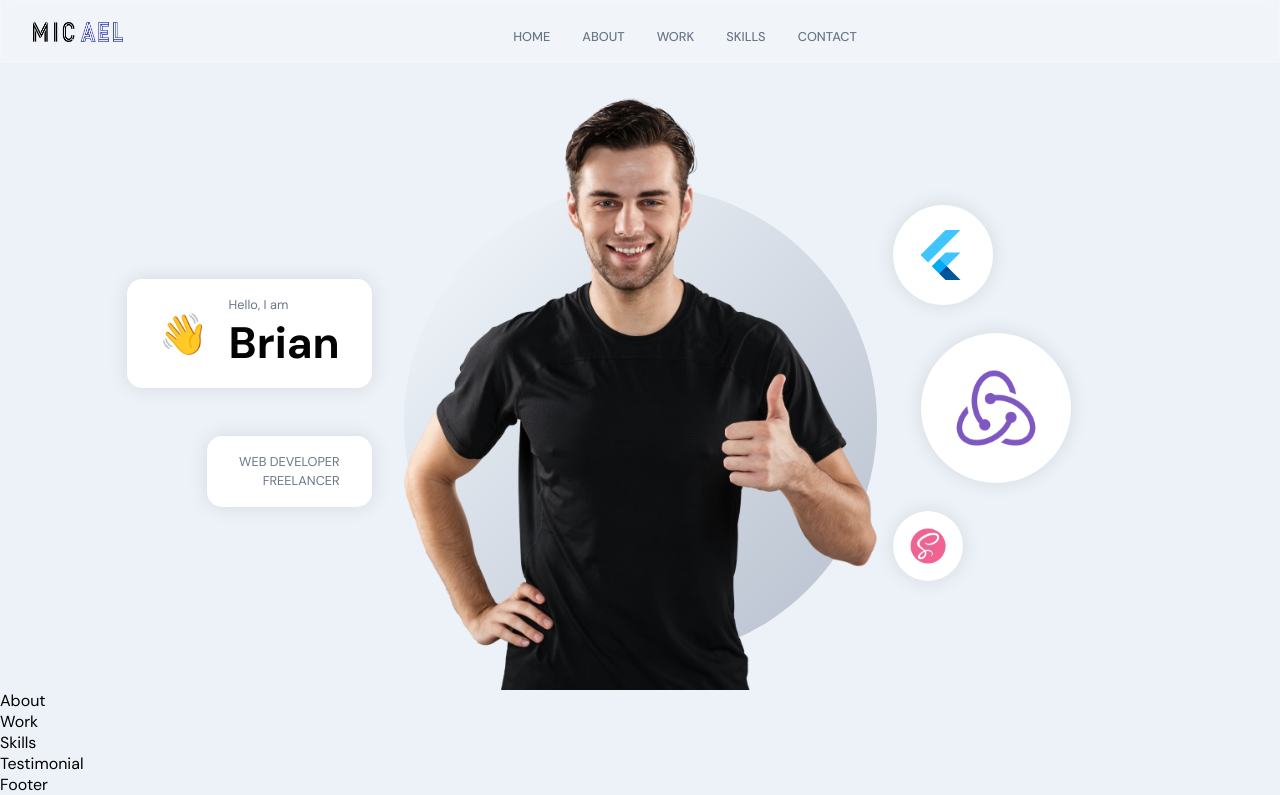
Repository: 61ZM07H36R3ML1N/Portfolio-JS
Page: / (app in frontend_react/)
An editor plug-in stored every save of this project. The page is shown before and after a run of saves, followed by the edit.
The browser window is 1280 px wide. The pictures show the whole page.
The project was rebuilt for these pictures with package versions that can differ from the ones it lists, and the page was loaded fresh each time. Also part of the build but not shown: frontend_react/src/container/About/About.scss, frontend_react/src/container/Skills/Skills.scss, frontend_react/src/container/Work/Work.scss.

Above is the page before, as saved 2022-10-16 21:41:12.

### frontend_react/src/App.js
import React from 'react';

import {
  About,
  Footer,
  Header,
  Skills,
  Testimonial,
  Work,
} from './container';
import { Navbar } from './components';
import './App.scss';

const App = () => {
  return (
    <div className="app">
      <Navbar />
      <Header />
      <About />
      <Work />
      <Skills />
      <Testimonial />
      <Footer />
    </div>
  );
};

export default App;

### frontend_react/src/index.css
@import url("https://fonts.googleapis.com/css2?family=DM+Sans:wght@400;500;700&display=swap");

:root {
    --font-base: "DM Sans", sans-serif;

    --primary-color: #edf2f8;
    --secondary-color: #313bac;
    --black-color: #030303;
    --lightGray-color: #e4e4e4;
    --gray-color: #6b7688;
    --brown-color: #46364a;
    --white-color: #ffffff;

}

*{
    box-sizing: border-box;
    padding: 0;
    margin: 0;
    scroll-behavior: smooth;
}

### frontend_react/src/App.scss
.app {
    background-color: var(--primary-color);
    font-family: var(--font-base);
  }

  .app__whitebg {
    background-color: var(--white-color);
  }

  .app__primarybg {
    background-color: var(--primary-color);
  }

  .app__container {
    width: 100%;
    min-height: 100vh;

    display: flex;
    flex-direction: row;
  }

  .app__flex {
    display: flex;
    justify-content: center;
    align-items: center;
  }

  .app__wrapper {
    flex: 1;
    width: 100%;
    flex-direction: column;
    padding: 4rem 2rem;

    @media screen and (max-width: 450px) {
      padding: 4rem 1rem 2rem;
    }
  }

  .copyright {
    width: 100%;
    padding: 2rem 0 0;

    display: flex;
    flex-direction: column;
    justify-content: flex-end;
    align-items: flex-end;

    p {
      text-transform: uppercase;
      color: var(--black-color);
    }
  }

  .head-text {
    font-size: 2.75rem;
    font-weight: 800;
    text-align: center;
    color: var(--black-color);
    text-transform: capitalize;

    span {
      color: var(--secondary-color);
    }

    @media screen and (min-width: 2000px) {
      font-size: 4rem;
    }

    @media screen and (max-width: 450px) {
      font-size: 2rem;
    }
  }

  .p-text {
    font-size: 0.8rem;
    text-align: left;
    color: var(--gray-color);
    line-height: 1.5;

    @media screen and (min-width: 2000px) {
      font-size: 1.75rem;
    }
  }

  .bold-text {
    font-size: 1rem;
    font-weight: 800;
    color: var(--black-color);
    text-align: left;

    @media screen and (min-width: 2000px) {
      font-size: 2rem;
    }

    @media screen and (max-width: 450px) {
      font-size: 0.9rem;
    }
  }

  .app__social {
    display: flex;
    justify-content: flex-end;
    align-items: center;
    flex-direction: column;

    padding: 1rem;

    div {
      width: 40px;
      height: 40px;
      border-radius: 50%;
      background-color: var(--white-color);
      margin: 0.25rem 0;
      border: 1px solid var(--lightGray-color);

      display: flex;
      justify-content: center;
      align-items: center;

      transition: all 0.3s ease-in-out;

      svg {
        width: 15px;
        height: 15px;
        color: var(--gray-color);
      }

      &:hover {
        background-color: var(--secondary-color);
        border-color: var(--secondary-color);

        svg {
          color: var(--white-color);
        }
      }

      @media screen and (min-width: 2000px) {
        width: 70px;
        height: 70px;

        margin: 0.5rem 0;

        svg {
          width: 30px;
          height: 30px;
        }
      }
    }
  }

  .app__navigation {
    display: flex;
    justify-content: center;
    align-items: center;
    flex-direction: column;

    padding: 1rem;

    .app__navigation-dot {
      width: 10px;
      height: 10px;
      border-radius: 50%;
      background-color: #cbcbcb;
      margin: 0.5rem;

      transition: background-color 0.2s ease-in-out;

      &:hover {
        background-color: var(--secondary-color);
      }

      @media screen and (min-width: 2000px) {
        width: 20px;
        height: 20px;
      }
    }
  }

  @media screen and (max-width: 500px) {
    .app__navigation,
    .app__social {
      display: none;
    }

    .copyright {
      padding: 2rem;
    }
  }

### frontend_react/src/container/About/About.jsx
import React, { useState, useEffect } from 'react';
import { motion } from 'framer-motion';

import './About.scss';

const About = () => {
  return <div>About</div>;
};

export default About;

### frontend_react/src/container/Footer/Footer.jsx
import React from 'react';

import './Footer.scss';

const Footer = () => {
  return <div>Footer</div>;
};

export default Footer;

### frontend_react/src/container/Header/Header.jsx
import React from 'react';
import { motion } from 'framer-motion';


import { images } from '../../constants';
import './Header.scss';

const scaleVariants = {
  whileInView: {
    scale: [0, 1],
    opacity: [0, 1],
    transition: {
      duration: 1,
      ease: 'easeInOut',
    },
  },
};

const Header = () => (
  <div className="app__header app__flex">
    <motion.div
      whileInView={{ x: [-100, 0], opacity: [0, 1] }}
      transition={{ duration: 0.5 }}
      className="app__header-info"
    >
      <div className="app__header-badge">
        <div className="badge-cmp app__flex">
          <span>👋</span>
          <div style={{ marginLeft: 20 }}>
            <p className="p-text">Hello, I am</p>
            <h1 className="head-text">Brian</h1>
          </div>
        </div>

        <div className="tag-cmp app__flex">
          <p className="p-text">Web Developer</p>
          <p className="p-text">Freelancer</p>
        </div>
      </div>
    </motion.div>

    <motion.div
      whileInView={{ opacity: [0, 1] }}
      transition={{ duration: 0.5, delayChildren: 0.5 }}
      className="app__header-img"
    >
      <img src={images.profile} alt="profile_bg" />
      <motion.img
        whileInView={{ scale: [0, 1] }}
        transition={{ duration: 1, ease: 'easeInOut' }}
        src={images.circle}
        alt="profile_circle"
        className="overlay_circle"
      />
    </motion.div>

    <motion.div
      variants={scaleVariants}
      whileInView={scaleVariants.whileInView}
      className="app__header-circles"
    >
      {[images.flutter, images.redux, images.sass].map((circle, index) => (
        <div className="circle-cmp app__flex" key={`circle-${index}`}>
          <img src={circle} alt="profile_bg" />
        </div>
      ))}
    </motion.div>
  </div>
);

export default Header;

### frontend_react/src/container/Skills/Skills.jsx
import React from 'react';

import './Skills.scss';

const Skills = () => {
  return <div>Skills</div>;
};

export default Skills;

### frontend_react/src/container/Testimonial/Testimonial.jsx
import React from 'react';

import './Testimonial.scss';

const Testimonial = () => {
  return <div>Testimonial</div>;
};

export default Testimonial;

### frontend_react/src/container/Work/Work.jsx
import React from 'react';

import './Work.scss';

const Work = () => {
  return <div>Work</div>;
};

export default Work;

### frontend_react/src/components/Navbar/Navbar.jsx
import React, { useState } from 'react';
import { HiMenuAlt4, HiX } from 'react-icons/hi';
import { motion } from 'framer-motion';

import { images } from '../../constants';
import './Navbar.scss';

const Navbar = () => {
  const [toggle, setToggle] = useState(false);

  return (
    <nav className="app__navbar">
      <div className="app__navbar-logo">
        <img src={images.logo} alt="logo" />
      </div>
      <ul className="app__navbar-links">
        {['home', 'about', 'work', 'skills', 'contact'].map(item => (
          <li className="app__flex p-text" key={`link-${item}`}>
            <div />
            <a href={`#${item}`}>{item}</a>
          </li>
        ))}
      </ul>

      <div className="app__navbar-menu">
        <HiMenuAlt4 onClick={() => setToggle(true)} />

        {toggle && (
          <motion.div
            whileInView={{ x: [300, 0] }}
            transition={{ duration: 0.85, ease: 'easeOut' }}
          >
            <HiX onClick={() => setToggle(false)} />
            <ul>
              {['home', 'about', 'work', 'skills', 'contact'].map(item => (
                <li key={item}>
                  <a href={`#${item}`} onClick={() => setToggle(false)}>
                    {item}
                  </a>
                </li>
              ))}
            </ul>
          </motion.div>
        )}
      </div>
    </nav>
  );
};

export default Navbar;

### frontend_react/src/container/Header/Header.scss
#home {
    position: relative;
    background: url("../../assets/bgIMG.png");
    background-size: cover;
    background-position: center;
    background-repeat: repeat;

    // disable the default padding styles
    .app__wrapper {
      padding: 0;

      .copyright {
        display: none;
      }
    }
  }

  .app__header {
    flex: 1;
    width: 100%;
    height: 100%;
    flex-direction: row;

    padding: 6rem 2rem 0rem;

    @media screen and (min-width: 2000px) {
      padding-top: 8rem;
    }

    @media screen and (max-width: 1200px) {
      flex-direction: column;
    }

    @media screen and (max-width: 450px) {
      padding: 6rem 1rem 2rem;
    }
  }

  .app__header-info {
    flex: 0.65;
    display: flex;
    flex-direction: column;
    justify-content: flex-start;
    align-items: flex-start;
    height: 100%;

    margin: 0 2rem;

    @media screen and (max-width: 1200px) {
      width: 100%;
      margin-right: 0rem;
    }
  }

  .app__header-badge {
    width: 100%;
    display: flex;
    justify-content: flex-end;
    align-items: flex-end;
    flex-direction: column;

    .badge-cmp,
    .tag-cmp {
      padding: 1rem 2rem;
      background: var(--white-color);
      border-radius: 15px;
      flex-direction: row;
      width: auto;

      box-shadow: 0px 0px 20px rgba(0, 0, 0, 0.1);
    }

    .tag-cmp {
      flex-direction: column;
      margin-top: 3rem;

      p {
        width: 100%;
        text-transform: uppercase;
        text-align: right;
      }
    }

    span {
      font-size: 2.5rem;

      @media screen and (min-width: 2000px) {
        font-size: 5rem;
      }
    }

    @media screen and (max-width: 1200px) {
      justify-content: flex-start;
      align-items: flex-start;
    }
  }

  .app__header-circles {
    flex: 0.75;
    display: flex;
    flex-direction: column;
    justify-content: space-evenly;
    align-items: flex-start;
    height: 100%;
    margin-left: 1rem;

    div {
      width: 100px;
      height: 100px;
      border-radius: 50%;

      background: var(--white-color);
      box-shadow: 0px 0px 20px rgba(0, 0, 0, 0.1);

      img {
        width: 60%;
        height: 60%;
      }
    }

    // circles with different height & width

    div:nth-child(1) {
      width: 100px;
      height: 100px;
    }

    div:nth-child(2) {
      margin: 1.75rem;
      width: 150px;
      height: 150px;
    }

    div:nth-child(3) {
      width: 70px;
      height: 70px;
    }

    @media screen and (min-width: 2000px) {
      div:nth-child(2) {
        width: 400px;
        height: 400px;
      }

      div:nth-child(3) {
        width: 170px;
        height: 170px;
      }

      div:nth-child(1) {
        width: 200px;
        height: 200px;
      }
    }

    @media screen and (max-width: 1200px) {
      width: 100%;
      flex-direction: row;
      flex-wrap: wrap;
      margin-left: 0;

      div {
        margin: 1rem;
      }
    }
  }

  .app__header-img {
    flex: 1;
    height: 100%;

    display: flex;
    justify-content: flex-end;
    align-items: flex-end;
    position: relative;

    img {
      width: 100%;
      object-fit: contain;
      z-index: 1;
    }

    .overlay_circle {
      position: absolute;
      left: 0;
      right: 0;
      bottom: 0;
      z-index: 0;
      width: 100%;
      height: 90%;
    }

    @media screen and (max-width: 1200px) {
      margin: 2rem 0;
    }
  }

### frontend_react/src/components/Navbar/Navbar.scss
.app__navbar {
    width: 100%;

    display: flex;
    justify-content: space-between;
    align-items: center;

    padding: 1rem 2rem;
    background: rgba(255, 255, 255, 0.25);
    // box-shadow: 0 8px 32px 0 rgba( 31, 38, 135, 0.37 );
    backdrop-filter: blur(4px);
    -webkit-backdrop-filter: blur(4px);
    border: 1px solid rgba(255, 255, 255, 0.18);
    position: fixed;
    z-index: 2;
  }

  .app__navbar-logo {
    display: flex;
    justify-content: flex-start;
    align-items: center;

    img {
      width: 90px;
      height: 20px;

      @media screen and (min-width: 2000px) {
        width: 180px;
        height: 40px;
      }
    }
  }

  .app__navbar-links {
    flex: 1;
    display: flex;
    justify-content: center;
    align-items: center;

    list-style: none;

    li {
      margin: 0 1rem;
      cursor: pointer;

      flex-direction: column;

      div {
        width: 5px;
        height: 5px;
        background: transparent;
        border-radius: 50%;

        margin-bottom: 5px;
      }

      a {
        color: var(--gray-color);
        text-decoration: none;
        flex-direction: column;

        text-transform: uppercase;
        font-weight: 500;

        transition: all 0.3s ease-in-out;

        &:hover {
          color: var(--secondary-color);
        }
      }

      &:hover {
        div {
          background: var(--secondary-color);
        }
      }
    }

    @media screen and (max-width: 900px) {
      display: none;
    }
  }

  .app__navbar-menu {
    width: 35px;
    height: 35px;
    border-radius: 50%;
    position: relative;

    display: flex;
    justify-content: center;
    align-items: center;
    background-color: var(--secondary-color);


    svg {
      width: 70%;
      height: 70%;
      color: var(--white-color);
    }

    div {
      position: fixed;
      top: 0;
      bottom: 0;
      right: 0;
      z-index: 5;

      padding: 1rem;

      width: 80%;
      height: 100vh;

      display: flex;
      justify-content: flex-end;
      align-items: flex-end;
      flex-direction: column;

      background: url('../../assets/bgWhite.png');
      background-color: var(--white-color);
      background-size: cover;
      background-repeat: repeat;

      /* top box shadow */
      box-shadow: 0px 0px 20px rgba(168, 168, 168, 0.15);

      svg {
        width: 35px;
        height: 35px;
        color: var(--secondary-color);
        margin: 0.5rem 1rem;
      }

      ul {
        list-style: none;
        margin: 0;
        padding: 0;
        height: 100%;
        width: 100%;

        display: flex;
        justify-content: flex-start;
        align-items: flex-start;
        flex-direction: column;

        li {
          margin: 1rem;

          a {
            color: var(--gray-color);
            text-decoration: none;
            font-size: 1rem;
            text-transform: uppercase;
            font-weight: 500;

            transition: all 0.3s ease-in-out;

            &:hover {
              color: var(--secondary-color);
            }
          }
        }
      }

      @media screen and (min-width: 900px) {
        display: none;
      }
    }

    @media screen and (min-width: 900px) {
      display: none;
    }
  }

### frontend_react/src/constants/images.js
import email from '../assets/email.png';
import mobile from '../assets/mobile.png';
import api from '../assets/api.png';
import cpp from '../assets/cpp.png';
import css from '../assets/css.png';
import figma from '../assets/figma.png';
import flutter from '../assets/flutter.png';
import git from '../assets/git.png';
import graphql from '../assets/graphql.png';
import html from '../assets/html.png';
import javascript from '../assets/javascript.png';
import mu5 from '../assets/mu5.png';
import node from '../assets/node.png';
import python from '../assets/python.png';
import react from '../assets/react.png';
import redux from '../assets/redux.png';
import sass from '../assets/sass.png';
import typescript from '../assets/typescript.png';
import vue from '../assets/vue.png';

import about01 from '../assets/about01.png';
import about02 from '../assets/about02.png';
import about03 from '../assets/about03.png';
import about04 from '../assets/about04.png';

import profile from '../assets/profile.png';
import circle from '../assets/circle.svg';
import logo from '../assets/logo.png';

import adidas from '../assets/adidas.png';
import amazon from '../assets/amazon.png';
import asus from '../assets/asus.png';
import bolt from '../assets/bolt.png';
import nb from '../assets/nb.png';
import skype from '../assets/skype.png';
import spotify from '../assets/spotify.png';

export default {
  email,
  mobile,
  api,
  cpp,
  css,
  figma,
  flutter,
  git,
  graphql,
  html,
  javascript,
  mu5,
  node,
  python,
  react,
  redux,
  sass,
  typescript,
  vue,
  about01,
  about02,
  about03,
  about04,
  profile,
  circle,
  logo,
  adidas,
  amazon,
  asus,
  bolt,
  nb,
  skype,
  spotify,
};

Loaded but not shown: frontend_react/public/index.html (common file); frontend_react/src/index.js (common file); frontend_react/src/container/index.js (common file); frontend_react/src/components/index.js (common file); frontend_react/src/constants/index.js (common file); frontend_react/src/container/Footer/Footer.scss (no stored copy; drawn as an empty file); frontend_react/src/container/Testimonial/Testimonial.scss (no stored copy; drawn as an empty file)

After the next 3 saves:
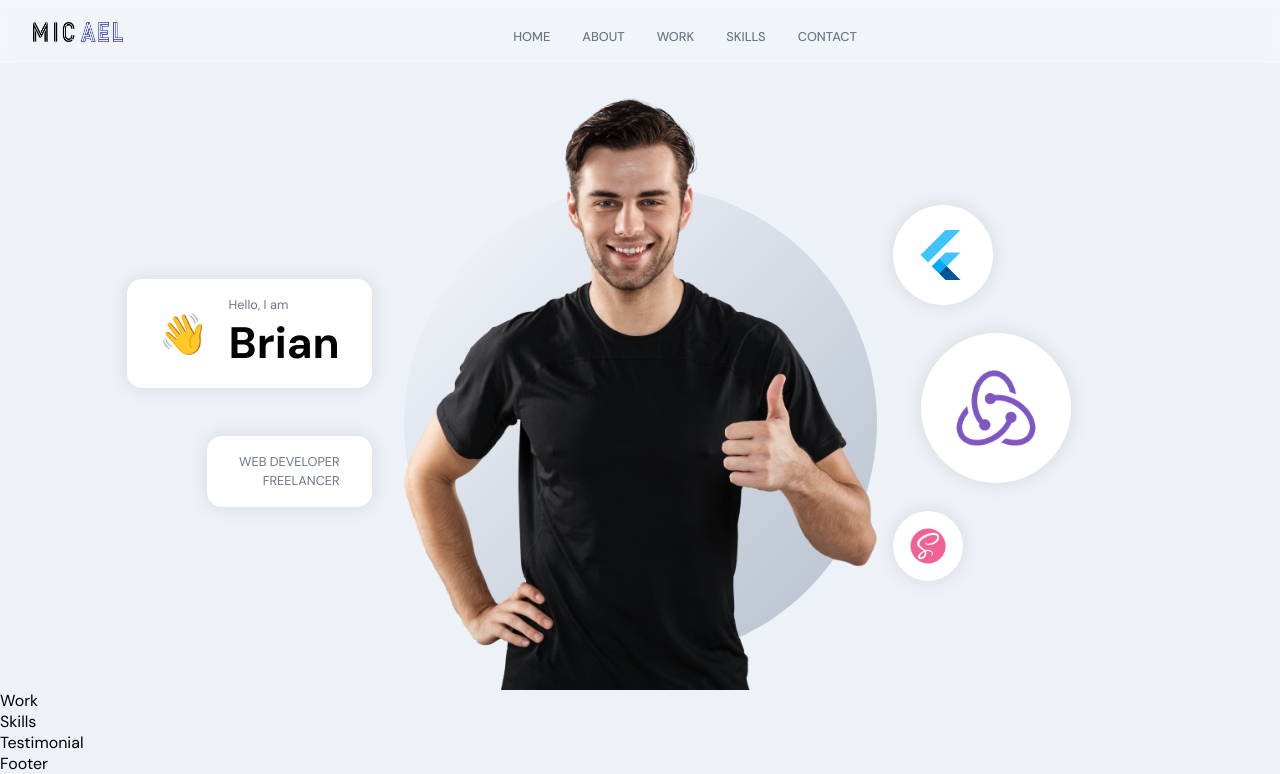
The 3 saves are shown as one change because 2 did not build or start.
The last was saved 22 min 10 s later.
--- a/frontend_react/src/container/About/About.jsx
+++ b/frontend_react/src/container/About/About.jsx
@@ -4,7 +4,11 @@
 import './About.scss';
 
 const About = () => {
-  return <div>About</div>;
+  return (
+    <>
+      <h2 className="head-text"></h2>
+    </>
+  );
 };
 
 export default About;
